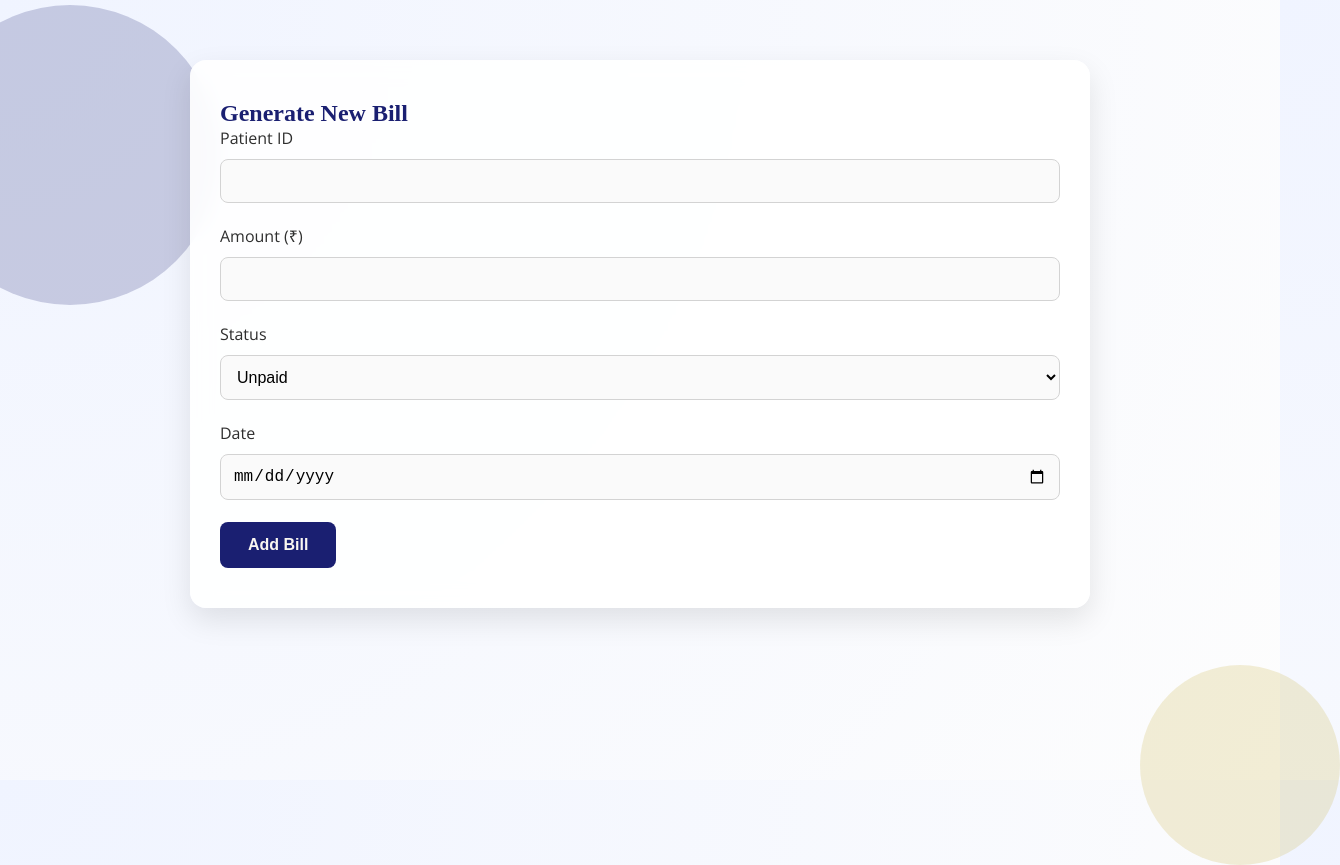
Repository: shreeshskatti/hospital_management_system
Page: http://localhost/bills/add_bill.php
The author's editor kept a copy of each file at every save. The page is drawn from the files as they stood at one save, then again after the next save.
The browser window is 1280 px wide. The page is 1340 px wide, so the pictures cover 1340 px, including what lies to the right of the window. The pictures show the whole page.
Some web fonts or font styles are not loaded; a fallback is used. The page is run by PHP 8.4 with error messages shown; the project is at /var/www/html/. The database holds what the project's SQL file puts in it.

Above is the page before, as saved 2025-05-29 21:53:16.

After the next save:
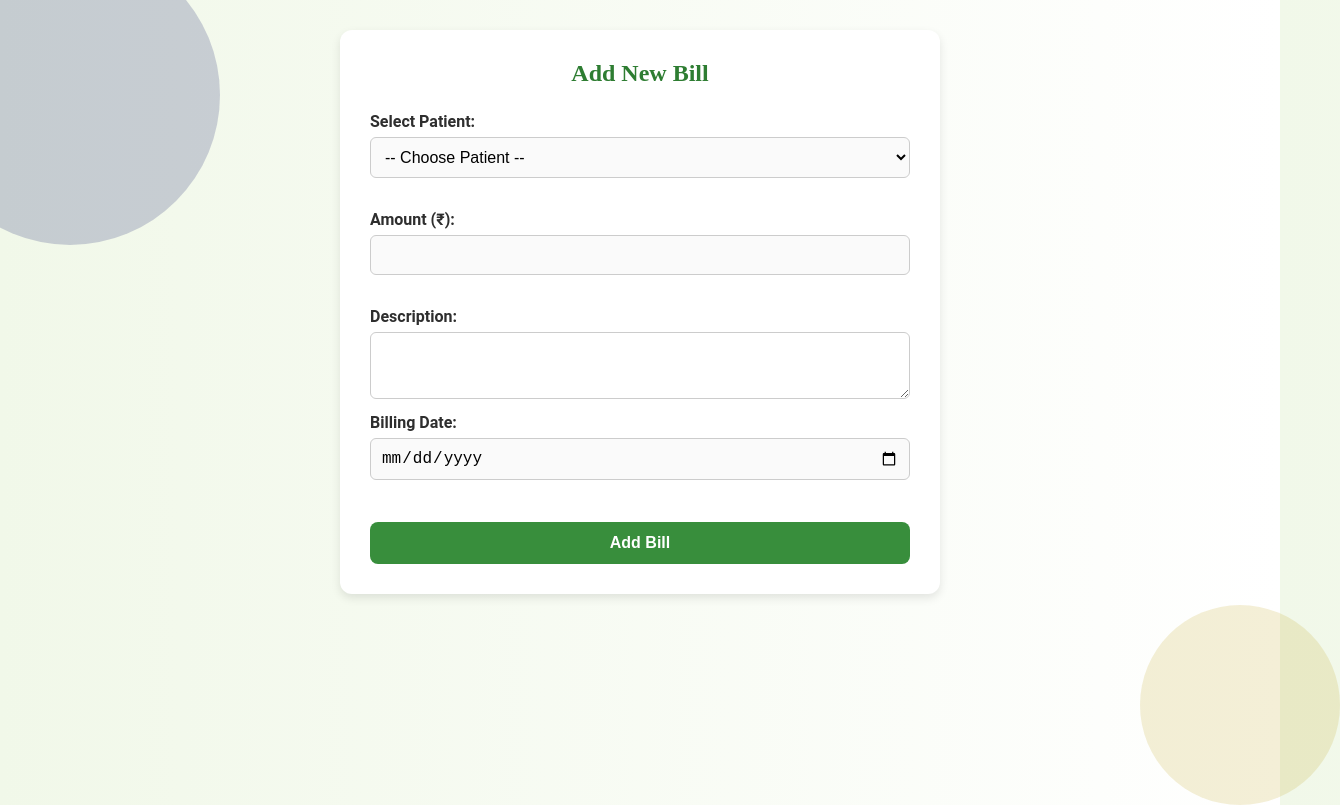
Saved 101 s later.
--- a/bills/add_bill.php
+++ b/bills/add_bill.php
@@ -1,48 +1,104 @@
-<?php include '../includes/db.php'; ?>
+<?php
+include '../includes/db.php';
+
+// Handle form submission
+if ($_SERVER["REQUEST_METHOD"] == "POST") {
+    $patient_id = $_POST['patient_id'];
+    $amount = $_POST['amount'];
+    $description = $_POST['description'];
+    $billing_date = $_POST['billing_date'];
+
+    $stmt = $conn->prepare("INSERT INTO bills (patient_id, amount, description, billing_date) VALUES (?, ?, ?, ?)");
+    $stmt->bind_param("idss", $patient_id, $amount, $description, $billing_date);
+
+    if ($stmt->execute()) {
+        echo "<script>alert('Bill added successfully!'); window.location.href='view_bills.php';</script>";
+    } else {
+        echo "Error: " . $stmt->error;
+    }
+}
+?>
+
 <!DOCTYPE html>
 <html>
 <head>
-  <title>Add Bill</title>
-  <link rel="stylesheet" href="../css/style.css">
+    <title>Add Bill</title>
+    <link rel="stylesheet" href="../css/style.css">
+    <style>
+        body {
+            background: linear-gradient(to right, #f1f8e9, #ffffff);
+            font-family: 'Roboto', sans-serif;
+            padding: 30px;
+        }
+        .form-container {
+            max-width: 600px;
+            margin: auto;
+            background: #ffffff;
+            padding: 30px;
+            border-radius: 12px;
+            box-shadow: 0 4px 10px rgba(0,0,0,0.1);
+        }
+        h2 {
+            text-align: center;
+            margin-bottom: 25px;
+            color: #2e7d32;
+        }
+        label {
+            font-weight: bold;
+            margin-top: 10px;
+            display: block;
+        }
+        input, select, textarea {
+            width: 100%;
+            padding: 10px;
+            margin-top: 6px;
+            border-radius: 6px;
+            border: 1px solid #ccc;
+        }
+        button {
+            background-color: #388e3c;
+            color: white;
+            padding: 12px;
+            margin-top: 20px;
+            border: none;
+            width: 100%;
+            font-size: 16px;
+            border-radius: 8px;
+            cursor: pointer;
+        }
+        button:hover {
+            background-color: #2e7d32;
+        }
+    </style>
 </head>
 <body>
-<div class="container">
-  <h2>Generate New Bill</h2>
-  <form method="POST">
-    <label>Patient ID</label>
-    <input type="number" name="p_id" required>
 
-    <label>Amount (₹)</label>
-    <input type="number" name="amount" required>
+<div class="form-container">
+    <h2>Add New Bill</h2>
+    <form method="POST">
+        <label for="patient_id">Select Patient:</label>
+        <select name="patient_id" id="patient_id" required>
+            <option value="">-- Choose Patient --</option>
+            <?php
+            $result = $conn->query("SELECT patient_id, name FROM patients");
+            while ($row = $result->fetch_assoc()) {
+                echo "<option value='{$row['patient_id']}'>{$row['name']} (ID: {$row['patient_id']})</option>";
+            }
+            ?>
+        </select>
 
-    <label>Status</label>
-    <select name="status">
-      <option value="Unpaid">Unpaid</option>
-      <option value="Paid">Paid</option>
-    </select>
+        <label for="amount">Amount (₹):</label>
+        <input type="number" name="amount" step="0.01" required>
 
-    <label>Date</label>
-    <input type="date" name="bill_date" required>
+        <label for="description">Description:</label>
+        <textarea name="description" rows="3" required></textarea>
 
-    <button type="submit" name="submit">Add Bill</button>
-  </form>
+        <label for="billing_date">Billing Date:</label>
+        <input type="date" name="billing_date" required>
 
-  <?php
-  if (isset($_POST['submit'])) {
-    $p_id = $_POST['p_id'];
-    $amount = $_POST['amount'];
-    $status = $_POST['status'];
-    $bill_date = $_POST['bill_date'];
+        <button type="submit">Add Bill</button>
+    </form>
+</div>
 
-    $sql = "INSERT INTO bills (p_id, amount, status, bill_date)
-            VALUES ('$p_id', '$amount', '$status', '$bill_date')";
-    if ($conn->query($sql)) {
-      echo "<script>alert('Bill added successfully.');</script>";
-    } else {
-      echo "Error: " . $conn->error;
-    }
-  }
-  ?>
-</div>
 </body>
 </html>
